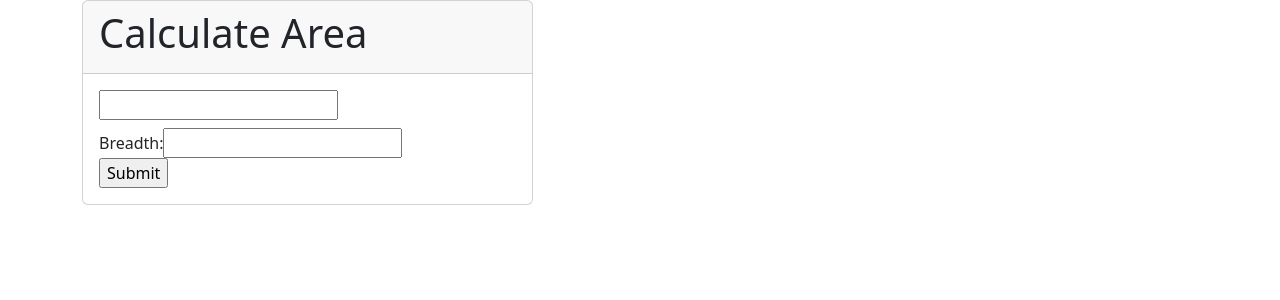
Repository: Laxman-Nath/Servlet_JSP
Page: http://localhost/Area/
The author's editor kept a copy of each file at every save. The page is drawn from the files as they stood at one save, then again after the next save.
The browser window is 1280 px wide. The pictures show the whole page.
The page is served by Tomcat 9.

Above is the page before, as saved 2024-09-02 10:46:32.

### Area/src/main/webapp/Area.jsp
<%@ page language="java" contentType="text/html; charset=UTF-8"
	pageEncoding="UTF-8"%>
<!DOCTYPE html>
<html>
<head>
<meta charset="UTF-8">
<title>Area</title>
<link
	href="https://cdn.jsdelivr.net/npm/bootstrap@5.3.3/dist/css/bootstrap.min.css"
	rel="stylesheet"
	integrity="sha384-QWTKZyjpPEjISv5WaRU9OFeRpok6YctnYmDr5pNlyT2bRjXh0JMhjY6hW+ALEwIH"
	crossorigin="anonymous">
</head>
<body>
<div class="container">
<div class="row">
<div class="col-md-5">
    <div class="card">
    <div class="card-header"><h1>Calculate Area</h1></div>
    <div class="card-body">
	<form action="" method="post">
		<div class="mb-2">
		<label class="form-label"></label><input type="number" name="length">
		</div>
		<div>
			Breadth:<input type="number" name="breadth">
		</div>
		<input type="submit" value="Submit">
	</form>
	</div>
</div>
</div>
</div>
</div>
</body>
<script
	src="https://cdn.jsdelivr.net/npm/bootstrap@5.3.3/dist/js/bootstrap.bundle.min.js"
	integrity="sha384-YvpcrYf0tY3lHB60NNkmXc5s9fDVZLESaAA55NDzOxhy9GkcIdslK1eN7N6jIeHz"
	crossorigin="anonymous"></script>
</html>

After the next save:
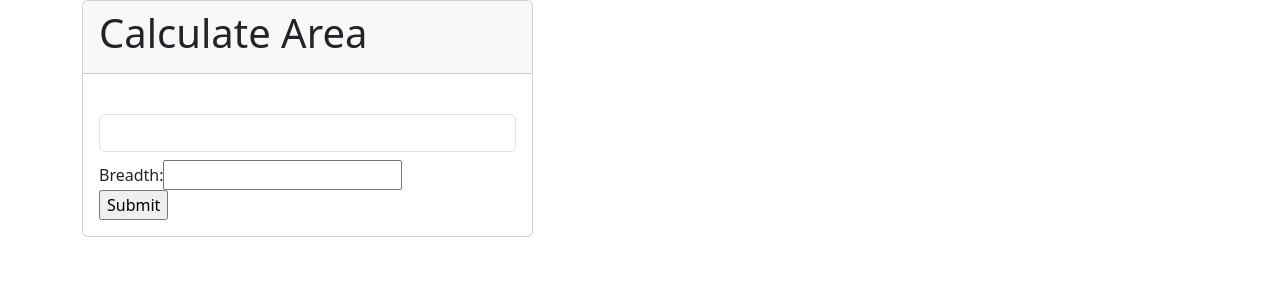
Saved 15 s later.
--- a/Area/src/main/webapp/Area.jsp
+++ b/Area/src/main/webapp/Area.jsp
@@ -20,7 +20,7 @@
     <div class="card-body">
 	<form action="" method="post">
 		<div class="mb-2">
-		<label class="form-label"></label><input type="number" name="length">
+		<label class="form-label"></label><input class="form-control" type="number" name="length">
 		</div>
 		<div>
 			Breadth:<input type="number" name="breadth">
